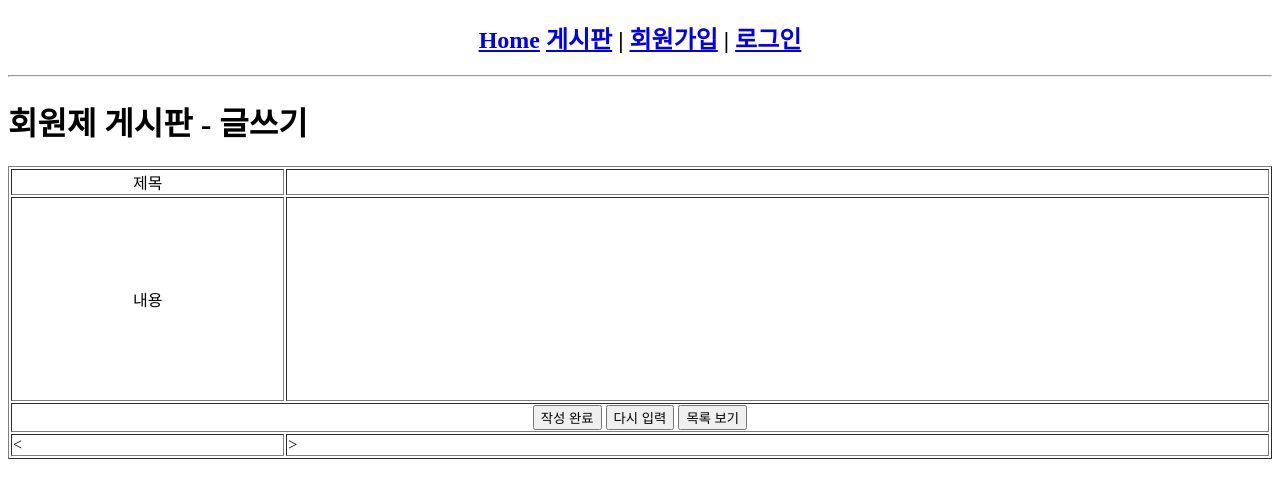
Repository: siucrystal/siuproject
Page: http://localhost/mini_project/write.jsp
These files come from the project's save history. The page is drawn as it stood at one moment and after the next save; the edit follows.
The browser window is 1280 px wide. The pictures show the whole page.
The page is served by Tomcat 9. Other server files are loaded and not shown.

Above is the page before, as saved 2023-09-22 09:09:09.

### jspws/mini_project/src/main/webapp/write.jsp
<%@ page language="java" contentType="text/html; charset=UTF-8"
    pageEncoding="UTF-8"%>
<!DOCTYPE html>
<html>
<head>
<meta charset="UTF-8">
 <link rel="stylesheet" type="text/css" href="./css/write.css">
 <script type="text/javascript" src="http://code.jquery.com/jquery-3.5.1.min.js"></script>
 <script>
 function writeBoard() {
		const wTitle = $('#wTitle').val();
		const wContext = $('#wContext').val();
		const cateHidden = $('#cateHidden').val();
		const param = {wTitle:wTitle, wContext:wContext, cateHidden:cateHidden};
		console.log("param : " + param);
		$.ajax({
	        type: 'POST',
	        url: 'writeJson.json',
	        dataType: 'json',
	        data: param,
	        success: function(data) {
	        	if (data['rs'] === 1) {
	        		alert('게시글이 작성되었습니다');
	        		location.href = 'view.jsp';
	        	}
				else alert('죄송합니다 잠시 후에 다시 시도해주세요 ㅠ');
	        }, error: function(xhr, status, error) {
	        	console.log(xhr, status, error);
	        }
		});
	};

	$(function() {
		$('#writeBtn').click(function() {
			writeBoard();
		});
	});
	$(function() {
		$('#resetBtn').click(function() {
			$('#wTitle').val('');
			$('#wContext').val('');
		});
	});
	$(function() {
		$('#listBtn').click(function() {
			const wCheck = confirm("게시글 작성 안하실건가요?");
			if(!(wCheck == false)) {
				location.href = 'board.jsp';
			}
		});
	});
</script>
<title>write</title>

</head>
<%@include file="loginmenu.jsp" %>
<body>
	 <div class="wrap">
        <h1>회원제 게시판 - 글쓰기</h1>
        <form action="view">
            <div class="main">
                <table border="1">
                    <tbody>
                        <tr>
                            <td class="w_name">제목</td>
                            <td><input type="text" name="wTitle" id="wTitle"></td>
                        </tr>
                        <tr>
                            <td class="w_name">내용</td>
                            <td><input type="text" name="wContext" id="wContext"></td>
                        </tr>
                        <tr>
                            <td colspan="2" class="w_btn">
                                <input type="hidden" name="category" value="일반" id="cateHidden">
                                <input type="button" value="작성 완료" id="writeBtn">
                                <input type="button" value="다시 입력" id="resetBtn">
                                <input type="button" value="목록 보기" id="listBtn">
                            </td>
                        </tr>
                        <tr>
                        	<td>&lt;</td>
                        	<td>&gt;</td>
                        </tr>
                    </tbody>
                </table>
            </div>
        </form>
    </div>
</body>
</html>

### jspws/mini_project/src/main/webapp/loginmenu.jsp
<%@ page language="java" contentType="text/html; charset=UTF-8"
    pageEncoding="UTF-8"%>
<style>
	#service {text-align: center;}
</style>
<script>
	function deleteConfirm() {
		const input = confirm("회원을 탈퇴할까요?");
		alert(input);
		if (input) location.href = "delete.do";
		else return;
	};
</script>
<h2 id="service">
<a href="index.do">Home</a>
<a href="board.do">게시판</a>

<% if (session.getAttribute("id") == null) { %>
	 | <a href="join.do" class ="menu">회원가입</a> |
	<a href="login.do">로그인</a>
<% } else { %>
	 | <a href="update.do">정보수정</a> |
	<a href="#" onclick="deleteConfirm();">회원탈퇴</a> |
	<a href="logout.do">로그아웃</a>
<% 		String seGrade = (String)session.getAttribute("grade");
		if (!(seGrade.equals("GENERAL"))) { %>
	 | <a href="memberList.do">회원목록</a> <br>
<% 		} %>
<%		String grade = "";
		if (seGrade.equals("MANAGER")) grade = "매니저";
		else if (seGrade.equals("ASSOCIATE")) grade = "부매니저";
		else if (seGrade.equals("STAFF")) grade = "스태프";
		else grade = "일반회원";
%>
	<%=grade%> <%=session.getAttribute("nickname") %>(<%=session.getAttribute("id") %>)님 로그인 중 <br>
<% } %>
</h2>
<hr>

### jspws/mini_project/src/main/webapp/css/write.css
@charset "UTF-8";
.w_name {
    padding: 0 10px;
    box-sizing: border-box;
    text-align: center;
}
table {width: 100%}
input {
    outline: none;
}
#wTitle {
    width: 100%;
    height: 20px;
    box-sizing: border-box;
    border:none;
}
#wContext {
    width: 100%;
    height: 200px;
    box-sizing: border-box;
    border:none;
}
.w_btn {
    text-align: center;
}

After the next save:
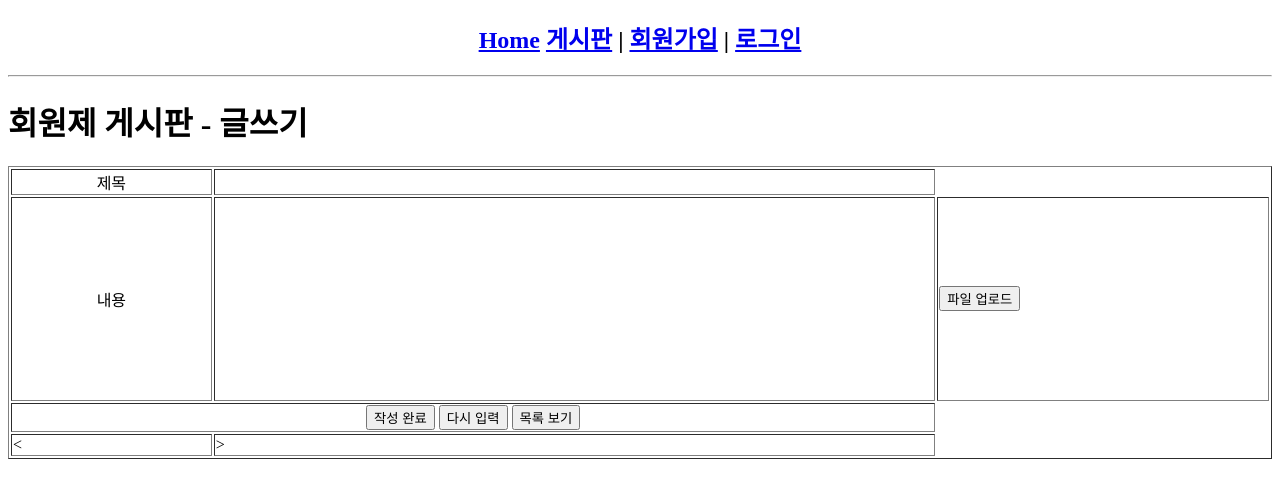
Saved 69 s later.
--- a/jspws/mini_project/src/main/webapp/write.jsp
+++ b/jspws/mini_project/src/main/webapp/write.jsp
@@ -68,6 +68,7 @@
                         <tr>
                             <td class="w_name">내용</td>
                             <td><input type="text" name="wContext" id="wContext"></td>
+                            <td><input type="button" value="파일 업로드" id="fileUp"></td>
                         </tr>
                         <tr>
                             <td colspan="2" class="w_btn">
